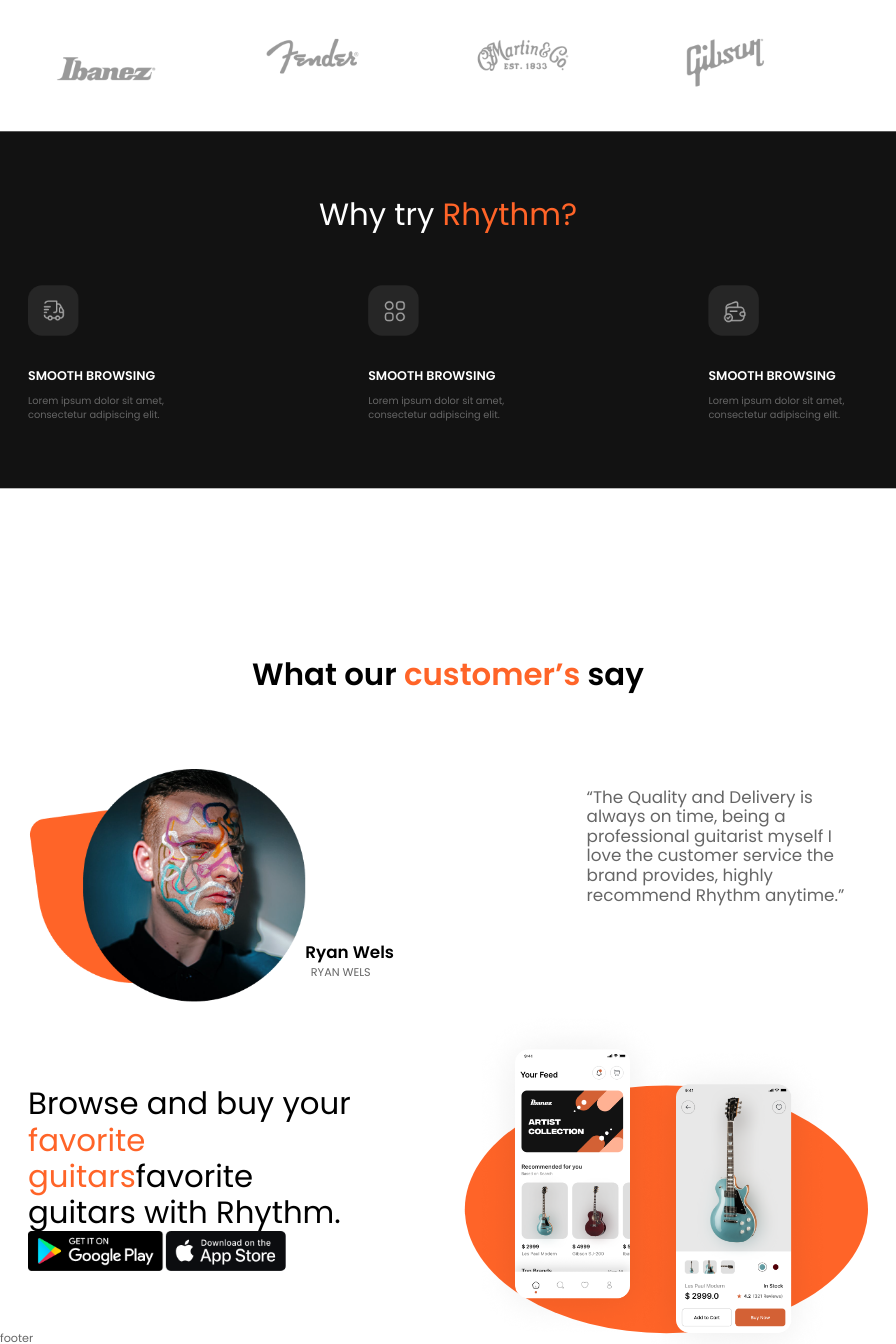
Repository: MorgunovaAlexandra/verstka-gitare-store
Page: index.html
These files come from the project's save history. The page is drawn as it stood at one moment and after a run of saves; the edit follows.
The browser window is 1280 px wide. The pictures show the part of the page from y = 2622 to 4542 px (the page is 4542 px tall before and 4456 px after), at 70% of full size.

Above is the page before, as saved 2022-06-11 20:08:38.

After the next 2 saves:
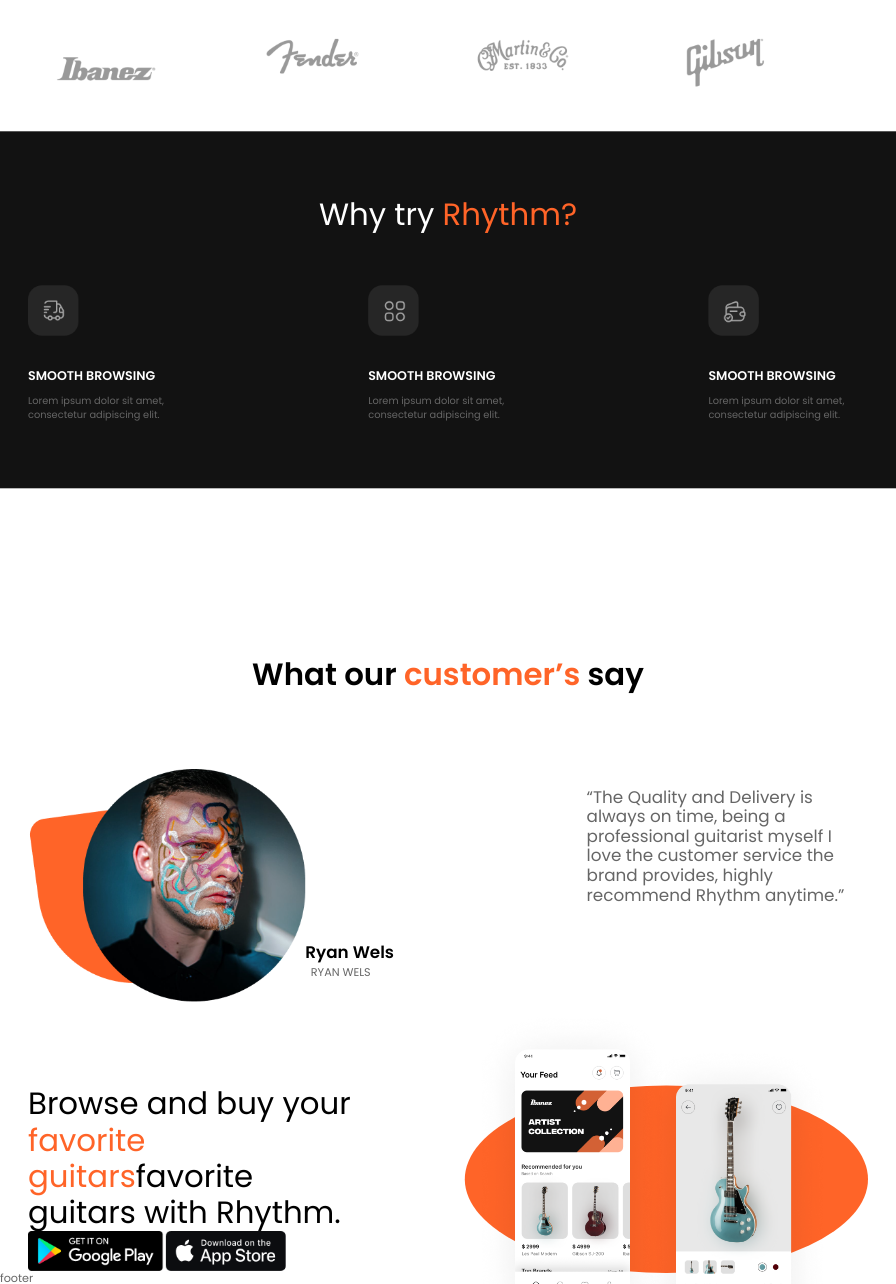
The 2 saves are shown as one change because they came seconds apart.
The last was saved 21 s later.
--- a/style.css
+++ b/style.css
@@ -533,8 +533,6 @@
 .browse__block2{
 width: 48%;
 background-color: #FF6428;
-
-height: 354px;
 border-radius: 70%;
 position: relative;
 }
